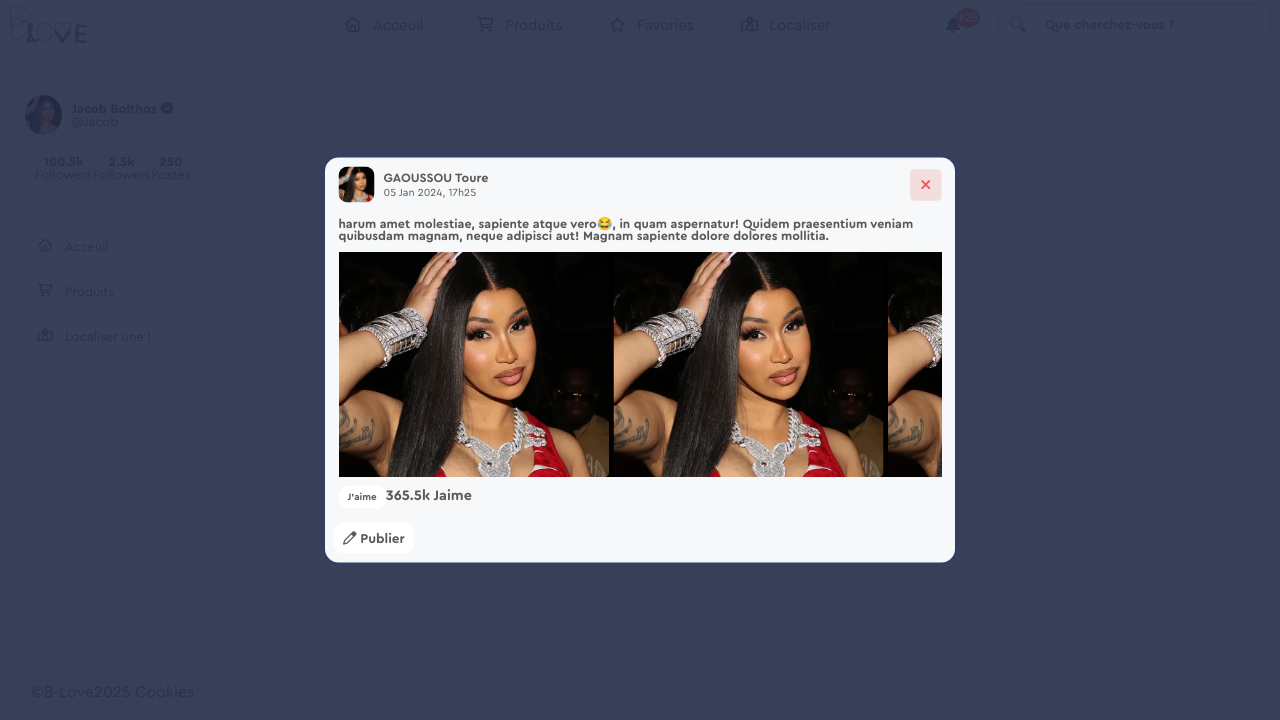
Repository: moomoony-log/b-love
Page: /home
These files come from the project's save history. The page is drawn as it stood at one moment and after the next save; the edit follows.
The browser window is 1280 px wide. The pictures show the whole page.
The project was rebuilt for these pictures with package versions that can differ from the ones it lists, and the page was loaded fresh each time. Also part of the build but not shown: vite.config.ts, src/rules/legacy.tsx, src/rules/privacy.tsx, src/components/basic/notification.tsx, src/view/auth.tsx, src/view/main/acceuil.tsx, src/view/main/dashbord.tsx, src/view/main/info-account.tsx and 3 more.

Above is the page before, as saved 2025-10-15 15:22:29.

### index.html
<!--
        ?????????         ?????????        ???????????????????
        ????? ?????     ????? ?????      ??????????   ??????????
        ?????  ?????   ?????  ?????    ????????         ????????
        ?????   ????? ?????   ?????    ??????            ????????
        ?????    ?????????    ?????    ??????            ????????
        ?????      ?????      ?????    ???????          ????????
        ?????                 ?????     ?????????      ????????
        ?????                 ?????        ???????????????????
        ?????                 ?????         ????????????????

    TRAVAIL JUSQU'A CE QU'ON DISE QUE TU ES FRANC-MAÇON
    TRAVAIL JUSQU'A CE QU'ON DISE QUE TU ES FRANC-MAÇON
    TRAVAIL JUSQU'A CE QU'ON DISE QUE TU ES FRANC-MAÇON
-->
<!doctype html>
<html lang="en">
  <head>
    <meta charset="UTF-8">
    <meta name="viewport" content="width=device-width, initial-scale=1.0">
    <meta http-equiv="X-UA-Compatible" content="IE=edge">
    <!-- Inbuilt -->
    <link rel="shortcut icon" href="./img/logoloveb.png" type="image/x-icon">
    <!-- <link rel="stylesheet" href="./vendor/font-awesome-pro/css/all.css">  -->
    <!-- <link rel="stylesheet" href="./css/app.css">  -->
    <title>B!love</title>
  </head>
  <body id="index">
    <div id="main-container"></div>
    <script type="module" src="/src/main.tsx"></script>
  </body>
</html>

### src/main.tsx
import { StrictMode } from 'react'
import { createRoot } from 'react-dom/client'
import App from './app'

createRoot(document.getElementById('main-container')!).render(
  <StrictMode>
    <App />
  </StrictMode>
)

### src/app.tsx

import { createBrowserRouter, RouterProvider } from "react-router-dom";
import Legacy from "./rules/legacy";
import Privacy from "./rules/privacy";
import Main from "./view/main/main";
import Auth from "./view/auth";
import Acceuil from "./view/main/acceuil";
import Dashbord from "./view/main/dashbord";
import "../public/css/app.css"
import "../public/vendor/font-awesome-pro/css/all.css"
import InfoAccount from "./view/main/info-account";
import Account from "./view/main/account";
import BecomeToMember from "./view/main/becomeToMember";
import Product from "./view/main/product";

// import Auth from "./view/auth";

const router =  createBrowserRouter([
	{
		path:'/',
		element:<Auth/>
	},
	{
		path:'/legacy',
		element:<Legacy/>
	},
	{
		path:'/privacy',
		element:<Privacy/>
	},
	{
		path:'/home',
		element:<Main/>,
		children:[
			{
				path:'acceuil',
				element: <Acceuil/>
			},
			{
				path:'dashbord',
				element: <Dashbord/>,
			},
			{
				path: 'product',
				element: <Product/>
			},
			{
				path:'check',
				element: <div>Localisation</div>
			},
			{
				path:'client',
				element: <InfoAccount/>,
				children: [
					{
						path:'compte',
						element: <Account/>
					},
					{
						path:'devenir_membre',
						element: <BecomeToMember/>
					},

				]
			}

		]
	}
])

// --> POINT D'ENTREE DANS L'APP(INDEX --> AUTH)
function App() {
	return <RouterProvider router={router}/>
}

export default App

### src/components/basic/button.tsx
// --> BUTTON COMPONENTS

import { forwardRef } from "react"
import { NavLink, useLocation } from "react-router-dom";

interface buttonProps {
    type: 'submit' | 'button',
    name?: string,
    icon?:string,
    color?: string,
    outline?: string,
    small?: 'small' | 'small-1' | 'small-2' | 'small-3',
    navigate?: string,
    children: boolean,
    border?: boolean,
    to: string | false,
    inner?:string,
    disable?:boolean,
    onclick?: () => unknown
}

const Button = forwardRef<HTMLButtonElement, buttonProps>(
  ({ name, icon, color, outline, small, navigate, inner, disable, children,border, to, onclick }, ref) => {
    const location = useLocation()
    return (
      <button
        ref={ref}
        type="button"
        className="ui-btn"
        name={name}
        color={color}
        {...(outline ? { "data-outline": "" } : {})}
        {...(disable ? { disabled: true } : {})}
        {...(navigate ? { "data-navigate": "" } : {})}
        {...(inner ? { "data-inner": "" } : {})}
        {...(small ? { "data-size" : small} : {})}
        {...(border ? { "data-border": "" } : {})}
        {...(to && location.pathname === to ? { "data-active": "" } : {})}
        onClick={onclick}
      >
        { (!children && !to ) && name } { icon && (!children && !to ) && <i className={icon}></i> }

        { (children && to) && <NavLink to={to}>  <i className={icon}></i>  {name} </NavLink> }

      </button>
    );
  }
);

export default Button

### src/components/basic/modals/pubItem.tsx
// --> Item Publication Modal

import Button from "../button"

const ItemPub = () => {
    return(
        <>
        <div className="modal" data-name="pub-item" data-show>
                <div className="box">
                    <div className="modal-head">
                        <div className="title">
                            <div className="cont-account-img" data-name="pub-item"><img src="../img/cardi_b.webp"/></div>
                            <div className="identity">
                                <span>GAOUSSOU Toure</span>
                                <span>05 Jan 2024, 17h25</span>
                            </div>
                         </div>
                        <span className="exit"><i className="fa-solid fa-xmark"></i></span>
                    </div>
                    <div className="body">
                        <div className="about-pub" data-data>
                            harum amet molestiae, sapiente atque vero😂, in quam aspernatur! Quidem praesentium veniam quibusdam magnam, neque adipisci aut! Magnam sapiente dolore dolores mollitia.
                        </div>
                        <div className="medias-cont">
                            <div className="cont-account-img" data-name="pub-item-img"><img src="../img/cardi_b.webp"/></div>
                            <div className="cont-account-img" data-name="pub-item-img"><img src="../img/cardi_b.webp"/></div>
                            <div className="cont-account-img" data-name="pub-item-img"><img src="../img/cardi_b.webp"/></div>
                            <div className="cont-account-img" data-name="pub-item-img"><img src="../img/cardi_b.webp"/></div>
                            <div className="cont-account-img" data-name="pub-item-img"><img src="../img/cardi_b.webp"/></div>
                            <div className="cont-account-img" data-name="pub-item-img"><video src="../videos/Standard_Mode_Le_b_b__sirote_son_champagne_en_.mp4" ></video></div>
                            <div className="cont-account-img" data-name="pub-item-img"><video src="../videos/Standard_Mode_Le_b_b__sirote_son_champagne_en_.mp4" ></video></div>
                        </div>
                        <div className="pub-info">
                            <Button children={false} to={false} type="button" name="J'aime" small="small-3"  />
                            <span className="like">365.5k Jaime</span>
                        </div>

                    </div>
                    <div className="controler">
                        <button type="button" className="ui-btn" name=""  data-size="large"  color=""> <i className="fa-regular fa-pen"></i> Publier</button>
                    </div>
                </div>
            </div>
        </>
    )
}

export default ItemPub

### public/css/config/config.css
/* Style global de configuration */

/* Police d'ecriture */
/* Cera */
@font-face{
    font-family: 'Cera';
    src: url('../../font/cera-round-pro/CeraRoundPro-Bold.otf');
    font-weight: bold;
}
@font-face {
    font-family: 'Cera';
    src: url('../../font/cera-round-pro/CeraRoundPro-Regular.otf');
    font-weight: normal;
}

/* body{
    display: flex !important;
    padding: 5px;
    height: 100%;
    width: 100%;
    position: absolute;
    top: 0;
    left: 0;
    overflow: hidden;
} */
body *{
    box-sizing: border-box;
    font-family: 'Cera', sans-serif;
    font-weight: bold;
}

button:focus, input:focus, textarea:focus, select:focus {
    outline: none;
}

button {
    cursor: pointer;
    border: none;
}

h1, h2, h3, h4, h5, p {
    color: inherit;
    margin: 0;
    padding: 0;
    text-decoration: inherit;
}

img{
    height: inherit;
    max-width: 100%;
}

### public/css/component/components.css
 /* Imporation des dependances */
 @import url('input.css');
 @import url('button.css');
 @import url('img.css');
 @import url('notification.css');
 @import url('loader.css');
 @import url('table.css');
 @import url('./modals/modal.css');

 @keyframes text{
    0%{
        transform: translateX(100%);
    }
    100%{
        transform: translateX(-100%);
    }
 }

### public/css/views.css
/* --> Css relative à toutes les vues communes  */
@import url('views/auth.css');
@import url('views/legacy.css');
@import url('views/privacy.css');

### public/css/animation.css
@keyframes reotateInner {
    from {
       transform: rotate(0);
    }
    to{
       transform: rotate(180deg);
    }
 }
 @keyframes Online {
    0%, 100% {
       transform: scale(1.5);
       opacity: 1;

    }
    50% {
       transform: scale(0.5);
       /* opacity: 0.5; */
    }
 }
  @keyframes Online2 {
    0%, 100% {
       opacity: 1;

    }
    50% {
       opacity: 0.5;
    }
 }
 @keyframes spin {
   0%{
      transform: rotate(0deg);
   }
   100%{
      transform: rotate(360deg);
   }

 }
  @keyframes opa {
   0%{
      opacity: .4;
   }
   100%{
      opacity: 1;
   }

 }

### public/css/utils/utils.css
@import url('variable.css');
@import url('helper.css');

### public/css/utils/variable.css
/* Variables */
:root{
    --color-white: #ffffff;
    --color-gray-soft: #F6F8FA;
    --color-gray-medium: #b0b0b0;
    --color-gray-hard: #595959;
    --color-gray-hard-1: #7f7f7f;
    /* --color-gray-hard-3: #d4d2d246; */
    --color-gray-hard-3: #f2f2f2e7;
    --color-gray-hard-5: #f2f2f2;
    --color-gray-hard-4: #5959592f;
    --color-blue-lite: #dbf5ff;
    --color-blue-soft: #00B0F0;
    --color-blue-soft-2: #9ab9dc;
    --color-blue-hard: #2A6EBB;
    --color-green-lite: #aefecf;
    --color-green-lite-2: #80d6a4;
    --color-green-hard: #41cf7c;
    --color-red-lite: #ffcdcd;
    --color-red-soft: #f58e8e;
    --color-red-hard: #f25353;
    --shadow-one: 0 0 5px #eee;
    --shadow-two: 0 0 5px #84b1c3;
    --shadow-3: 0 0 4px #bababa;
    --bezier-1: cubic-bezier(0.68, -0.55, 0.27, 1.55);
}

### public/css/utils/helper.css
/* cool-scroll-bar */
.cool-scroll-bar::-webkit-scrollbar{
    width: 3px;
    height: 3px;
    border-radius: 50px !important;
    background-color: var(--color-gray-soft);
    box-shadow: 0 0 5px var(--color-gray-soft);
}
.cool-scroll-bar::-webkit-scrollbar-thumb{
    background-color: var(--color-gray-medium);
    border-radius: 50px !important;
}

### public/css/views/legacy.css
.legacy {
    z-index: 10;
    height: 100%;
    padding: 20px;
    overflow: auto;
}
.legacy p{
    font-size: 40px;
}

### public/css/views/privacy.css
.privacy {
    z-index: 10;
    height: 100%;
    padding: 20px;
    overflow: auto;
}
.privacy p{
    font-size: 40px;
}

### public/css/component/notification.css
/* CSS DES GRILLES DE NOTIFICATIONS */
#notification{
    position: absolute;
    right: 0;
    z-index: 900;
    width: 350px;
    bottom: 0;
    padding: 5px;
    display: flex;
    justify-content: flex-end;
    align-items: center;
    flex-direction: column;
    gap: 10px;
}

#notification .notif-item{
    width: 320px;
    max-height: 60px;
    box-sizing: border-box;
    background-color: var(--color-white);
    display: none;
    align-items: center;
    overflow: hidden;
    gap: 5px;
    padding: 10px;
    border-radius: 10px;
    opacity: 0;
    transform: scale(0);
    box-shadow: 0 0 7px -2px var(--color-gray-hard-1);
    transition: transform .3s cubic-bezier(0.68, -0.55, 0.27, 1.55), opacity .2s ease-in-out, max-height .3s ease-in-out;
}
#notification .notif-item .notif-text-content{
    margin-right: auto;
}

#notification .notif-item[data-show]{
    opacity: 1;
    transform: scale(1);
    display: flex;
}

#notification .notif-item .icon{
    height: 35px;
    width: 35px;
    line-height: 35px;
    text-align: center;
    font-size: 15px;
    border-radius: 50%;
    position: relative;
    z-index: 2;
    color: var(--color-white);
}

#notification .notif-item .icon::before{
    position: absolute;
    text-align: center;
    left: 0;
    font-size: 35px;
    content: '\f335';
    font-family: 'Font Awesome 6 Pro';
    z-index: -1;
}

#notification .notif-item .exit{
    text-align: center;
    margin-left: 5px;
    border-radius: 50%;
    cursor: pointer;
    color: #cccccc;
}

#notification .notif-item[data-name="exit"] {
    border-left: 5px solid var(--color-red-soft);
}
#notification .notif-item[data-name="exit"] .exit{
    color: var(--color-red-soft);
}
#notification .notif-item[data-name="good"] .exit{
    color: var(--color-green-lite-2);
}
#notification .notif-item[data-name="exit"]:hover{
    box-shadow: 0 0 7px -2px var(--color-red-hard);
}
#notification .notif-item[data-name="good"]:hover{
    box-shadow: 0 0 7px -2px var(--color-green-hard);
}
#notification .notif-item[data-name="await"]:hover{
    box-shadow: 0 0 7px -2px var(--color-gray-hard);
}
.notif-item[data-name="exit"] .icon::before{
    color: var(--color-red-soft);
}
#notification .notif-item[data-name="await"]{
    border-left: 5px solid #cccccc;
}
.notif-item[data-name="good"] .icon::before{
    color: var(--color-green-lite-2);
}
.notif-item[data-name="await"] .icon::before{
    color: #cccccc;
}
#notification .notif-item[data-name="good"]{
    border-left: 5px solid var(--color-green-lite-2);
}
#notification .notif-item .title{
    text-wrap: nowrap;
    color: var(--color-gray-hard-1);
    font-size: 13px;
}
#notification .notif-item .text{
    font-size: 12px;
    display: flex;
    overflow: hidden;
    max-width: 240px;
    text-overflow: ellipsis;
    font-weight: lighter;
}

/* RESPONSIVE STATE */
@media (max-width: 344px) {
    #notification{
        width: 300px;
    }
    #notification .notif-item{
        width: 290px;
        max-height: 80px;
    }
    #notification .notif-item .icon::before{
        left: -2px;
    }
}

### public/css/component/loader.css

/* CSS DU COMPOSANT DE CHRAGEMENT */
#loader{
    position: absolute;
    display: flex;
    flex-direction: column;
    width: 100%;
    gap: 10px;
    height: 100%;background-color: rgba(255, 255, 255, 0.744);
    justify-content: center;
    align-items: center;
    z-index: 1000;
}

#loader .spinner{
    height: 60px;
    width: 60px;
    display: flex;
    justify-content: center;
    align-items: center;
    position: relative;
    animation: spin 2s linear infinite;
}
#loader .spinner::before{
    content: '';
    height: 100%;
    width: 100%;
    position: absolute;
    border-radius: 50%;
    border: solid 4px var(--color-gray-hard-3);
}
#loader .spinner::after{
    content: '';
    height: 100%;
    width: 100%;
    position: absolute;
    border-radius: 50%;
    border: solid 4px transparent;
    border-left-color:var(--color-gray-hard-1);
    animation: spin 0.8s linear infinite, opa 0.8s ease-in-out infinite alternate-reverse;
}
#loader img{
    width: 95px;
    height: 50px;
}
#loader i{
    font-size: 20px;
}
#loader .i{
   background-color: var(--color-gray-hard-);
   padding: 7px;
   display: flex;
   align-items: center;
   justify-content: center;
   border-radius: 5px;
}

### public/css/component/table.css
.infos-personnels[data-name="statut"] .availability table{
    border-collapse: collapse;
    width: 100%;
    background-color: var(--color-white);
    text-align: center;
    font-size: 13px;
}
.availability table th,
.availability table td{
    height: 40px;
    padding: 3px;
}
.availability table td:last-child{
    text-align: right;
}
.availability table tbody tr:hover{
    background-color: var(--color-gray-hard-3);
}

.cont-my-post table{
    width: 100%;
    border-spacing: 0 5px;
    background-color: var(--color-white);
    text-align: center;
    padding: 5px;
    border-radius: 5px;
}
.cont-my-post table tbody td:last-child button{
    background-color: white;
    margin-left: 5px;
}
.cont-my-post table tbody tr:hover td{
    background-color: var(--color-white);
}
.cont-my-post table tbody tr:hover td:last-child button{
    background-color: var(--color-gray-hard-3);
}

.cont-my-post table tbody td{
    padding: 5px;
    background-color: var(--color-gray-hard-3);
    font-weight: lighter;
    margin: 10px;
}
.cont-my-post table tbody td:last-child{
    text-align: right;
}


@media (max-width: 855px) {
    .cont-my-post table{
        font-size: 12px;
    }
    .cont-my-post table tbody td:last-child{
        display: flex;
        flex-direction: column;
        margin: 0;
        gap: 5px;
    }
}

@media (max-width: 355px) {
    .cont-my-post table tbody td:last-child{
        font-size: 11px;
    }
}

### public/css/component/modals/modal.css
/* @import url('./modals/registration.css'); */
@import url('./publication.css');
@import url('./pubItem.css');
@import url('./confirm.css');

#modals .modal{
    position: fixed;
    display: none;
    align-items: center;
    left: 0;
    top: 0;
    justify-content: center;
    height: 100%;
    width: 100%;
    background-color: #262f4ae8;
    z-index: 1000;
    transition: opacity .6s ease-in-out;
    animation: show-modal .5s ease-in-out;
 }
.modal .box{
    background-color:var(--color-gray-soft);
    min-width: 300px;
    max-width: 1300px;
    min-height: 270px;
    box-shadow: 0 0 5px 0px #263b80;
    padding: 10px;
    border-radius: 15px;
    opacity: 1;
    transform: scale(.9);
    flex-direction: column;
    gap: 10px;
    animation: show-box .6s ease-in-out forwards;
}

.modal:active .box{
    animation: show-box .6s ease-in-out forwards, show-cont .1s ease-in-out;
}
 /* Animation > Affichage > Masquage */
.modal[data-show]{
   display: flex !important;
}
.modal[data-show] .box{
   display: flex !important;
}
.modal[hide]{
   opacity: 0;
}
.modal[hide] .box{
    animation: hide-box .5s ease-in-out forwards;
}
.modal .box .modal-head{
   height: 40px;
   display: flex;
   padding: 0 5px;
   justify-content: space-between;
   align-items: center;
}
.box .modal-head .title i{
   height: 25px;
   width: 25px;
   line-height: 25px;
   text-align: center;
   border-radius: 5px;
   color: var(--color-white);
   background-color: var(--color-gray-hard-1);
}
.box .modal-head .exit i{
   color: var(--color-red-hard);
   cursor: pointer;
   height: 35px;
   width: 35px;
   line-height: 35px;
   text-align: center;
   background-color: rgb(242, 222, 222);
   border-radius: 5px;
}
.modal .box .body{
   min-height: 200px;
   border-radius: 10px;
   padding: 5px;
}
.modal .box .controler{
   width: 100%;
   display: flex;
   gap: 30px;
 }

### public/css/component/modals/pubItem.css

.modal[data-name="pub-item"] .box{
    max-width: 700px;
}
.modal[data-name="pub-item"] .title{
    display: flex;
    gap: 10px;
    align-items: center;
}
.modal[data-name="pub-item"] .body .medias-cont{
    display: flex;
    overflow-y: hidden;
    overflow-x: auto;
    background-color: black;
    gap: 5px;
    height: 250px;
}
.modal[data-name="pub-item"] .body{
    display: flex;
    flex-direction: column;
    gap: 10px;
}
.modal[data-name="pub-item"] .body .about-pub{
    width: 100%;
    max-height: 100px;
    font-size: 14px;
    overflow: hidden;
    display: -webkit-box;
    -webkit-line-clamp: 3;
    -webkit-box-orient: vertical;
    line-clamp: 3;
}
.modal[data-name="pub-item"] .body .about-pub[data-data]{
    -webkit-line-clamp: initial;
    -webkit-box-orient: initial;
    line-clamp: initial;

}
.modal[data-name="pub-item"] .title .identity{
    display: flex;
    gap: 3px;
    flex-direction: column;
}
.modal[data-name="pub-item"] .title .identity span{
    font-size: 14px;
}
.modal[data-name="pub-item"] .title .identity span:last-child{
    font-weight: lighter;
    font-size: 12px;
}

### public/css/component/modals/confirm.css
.modal[data-name="confirm"] .box .body{
   display: flex;
   background-color: var(--color-white);
   display: flex;
   flex-direction: column;
   justify-content: center;
   align-items: center;
   position: relative;
}
.modal[data-name="confirm"] .box .body::after{
    content: '';
    height: 100%;
    width: 100%;
    border-radius: 10px;
    position: absolute;
    animation: Online2 1s ease-in-out infinite;
}
.modal[data-name="confirm"] .box .body .icon{
    height: 75px;
    width: 75px;
    font-size: 50px;
    line-height: 75px;
    text-align: center;
    border-radius: 10px;
    margin-bottom: 5px;
}
.modal[data-name="confirm"] .box .body .title{
    font-size: 20px;
    margin-bottom: 20px;
}
.modal[data-name="confirm"] .box .body .confirm-text{
    font-weight: lighter;
}

.modal[data-name="confirm"] .box .body[type="exit"]::after{
    background-color: rgba(255, 17, 17, 0.066);
}
.modal[data-name="confirm"] .box .body[type="exit"] .icon{
    box-shadow: 0 0 7px -4px var(--color-red-hard);
    background-color: var(--color-red-lite);
    color: var(--color-red-soft);
}
.modal[data-name="confirm"] .box .body[type="exit"] .title{
    color: var(--color-red-soft);
}

.modal[data-name="confirm"] .box .body[type="good"]::after{
    background-color: rgba(17, 184, 255, 0.077);
}
.modal[data-name="confirm"] .box .body[type="good"] .icon{
    box-shadow: 0 0 7px -4px var(--color-blue-hard);
    background-color: var(--color-blue-lite);
    color: var(--color-blue-soft);
}
.modal[data-name="confirm"] .box .body[type="good"] .title{
    color: var(--color-blue-soft);
}

### src/utils/utils.ts
class Utils {

    static emailValidation(email: string) : boolean {
        const emailRegex :RegExp = /^[^\s@]+@[^\s@]+\.[^\s@]+$/
        return emailRegex.test(email)
    }

    static inputValue(value: string, minLenght: number) : boolean {
        const inputRegex :RegExp = /^[A-Za-zÀ-ÖØ-öø-ÿ\s]+$/

        if (value.length > minLenght && inputRegex.test(value)) return inputRegex.test(value)
        else return false
    }

    static passwordValidation = (value: string):boolean => {
        const passwordRegex: RegExp = /^(?=.*?[A-Z])(?=.*?[a-z])(?=.*?[0-9])(?=.*?[#?!@$%^&*-]).{8,}$/g
        if (passwordRegex.test(value)) return true
        else return false
    }

    static otpValidation = (value: string):boolean => {
        const otpRegex : RegExp = /^[0-9]+$/gm
        if(otpRegex.test(value) && value.length === 1) return true
        else return false
    }

}

export default Utils

Loaded but not shown: public/vendor/font-awesome-pro/css/all.css (library); public/css/app.css (2376 lines, source omitted); src/view/main/main.tsx (184 lines, source omitted); src/components/basic/input.tsx (178 lines, source omitted); public/css/views/auth.css (265 lines, source omitted); public/css/component/input.css (227 lines, source omitted); public/css/component/button.css (206 lines, source omitted); public/css/component/modals/publication.css (141 lines, source omitted); public/css/component/img.css (169 lines, source omitted)

After the next save:
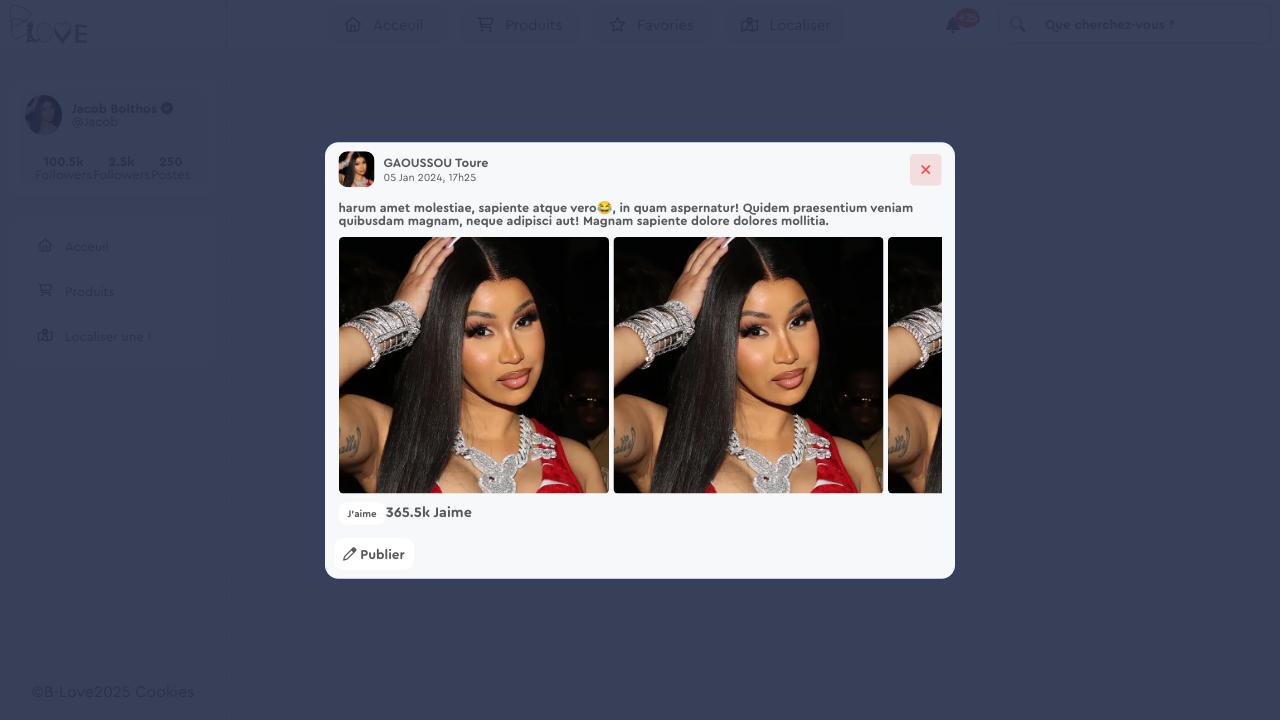
Saved 12 s later.
--- a/public/css/component/modals/pubItem.css
+++ b/public/css/component/modals/pubItem.css
@@ -11,9 +11,8 @@
     display: flex;
     overflow-y: hidden;
     overflow-x: auto;
-    background-color: black;
     gap: 5px;
-    height: 250px;
+    height: 285px;
 }
 .modal[data-name="pub-item"] .body{
     display: flex;
